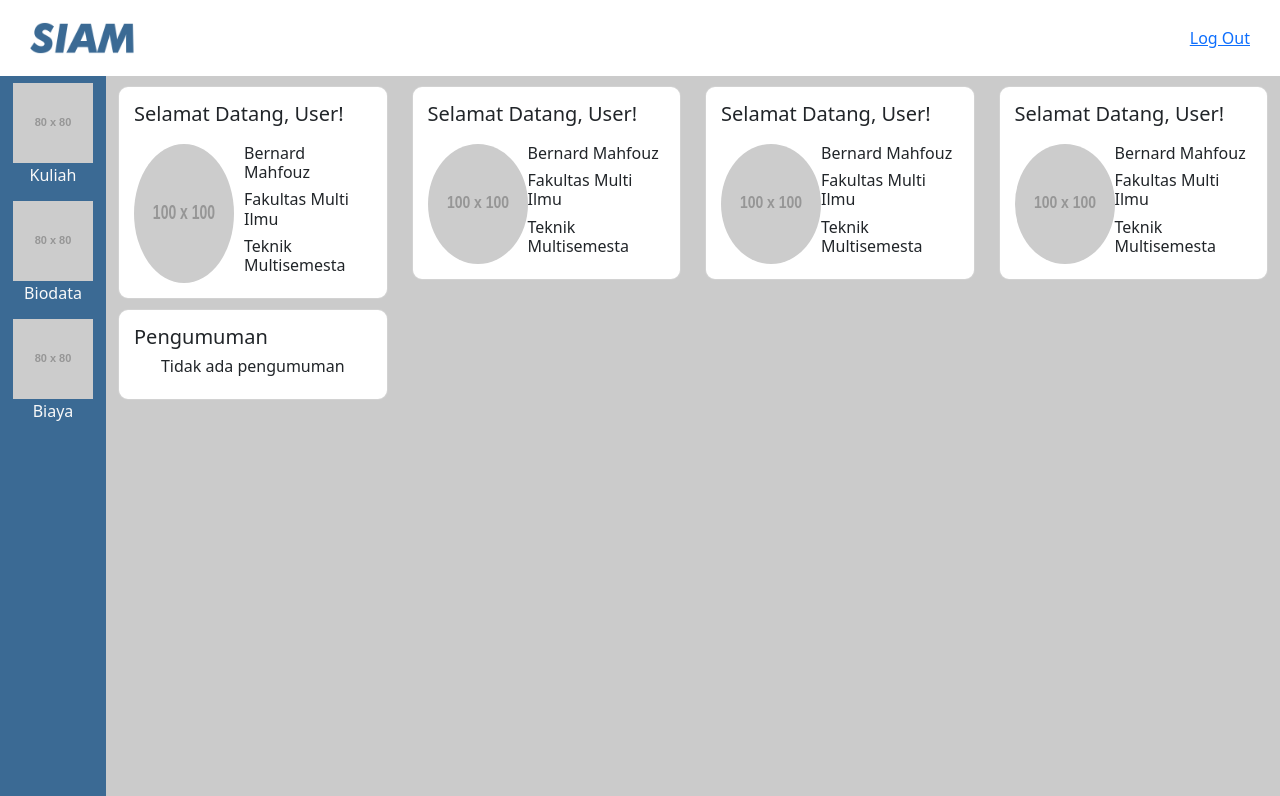
Repository: haikalirf/Project-IMK
Page: kuliah.html
An editor plug-in stored every save of this project. The page is shown before and after the next save, followed by the edit.
The browser window is 1280 px wide. The pictures show the whole page.

Above is the page before, as saved 2022-12-10 18:09:48.

After the next save:
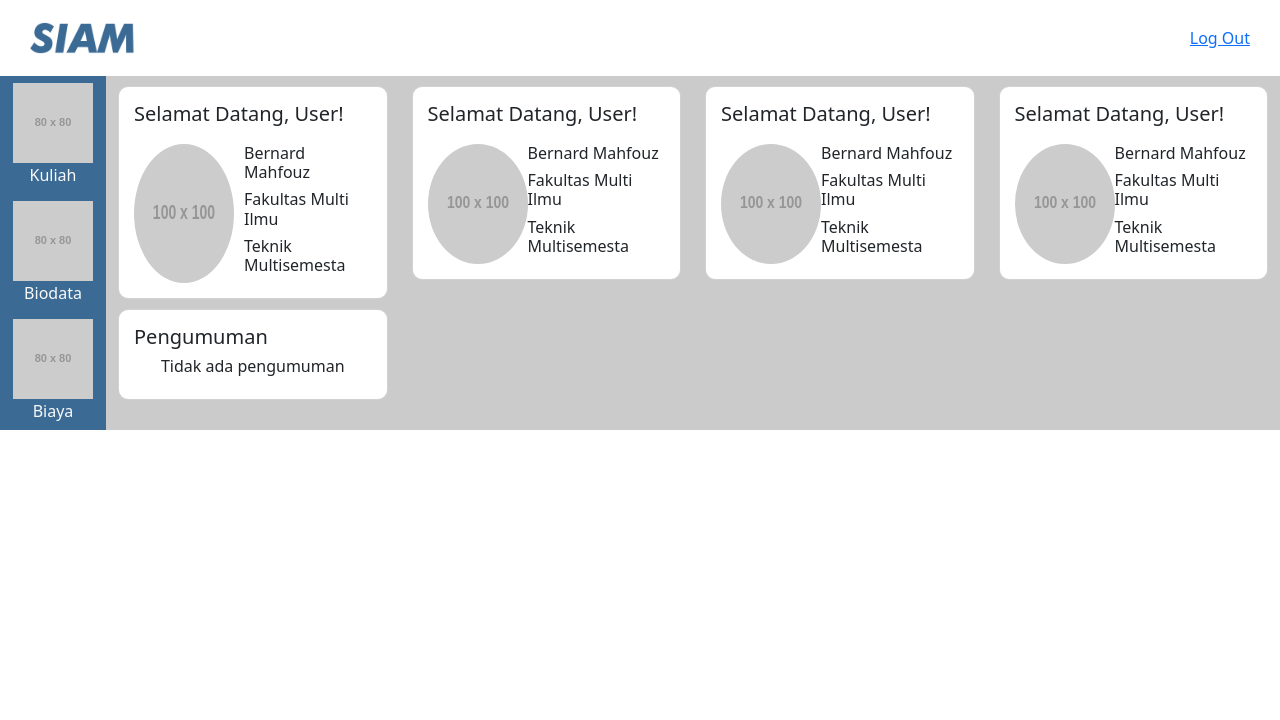
Saved 19 s later.
--- a/styles/kuliah.css
+++ b/styles/kuliah.css
@@ -7,7 +7,7 @@ html {
 }
 
 html, body {
-	height: 100vh;
+	height: 100;
 }
 
 #navbar {

After the save that followed:
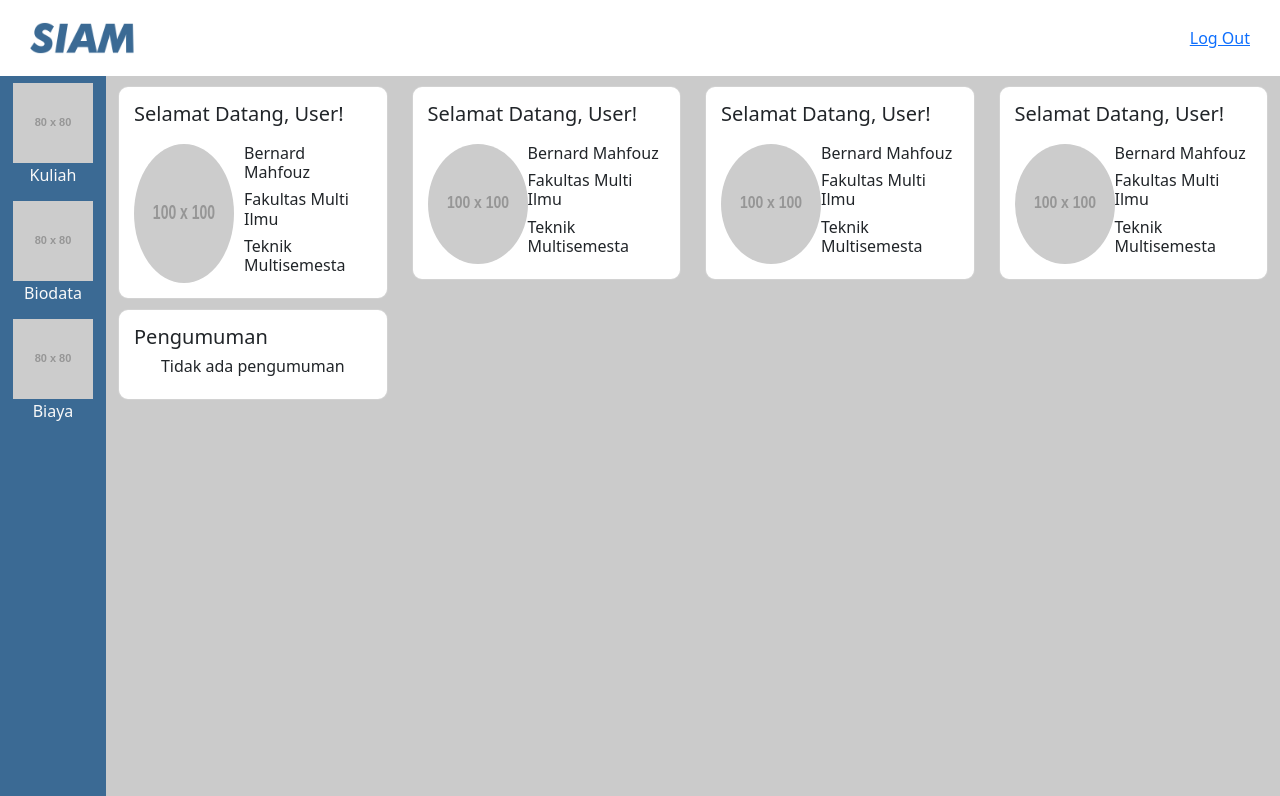
Saved 45 s later.
--- a/styles/kuliah.css
+++ b/styles/kuliah.css
@@ -7,7 +7,7 @@ html {
 }
 
 html, body {
-	height: 100;
+	height: 100%;
 }
 
 #navbar {
